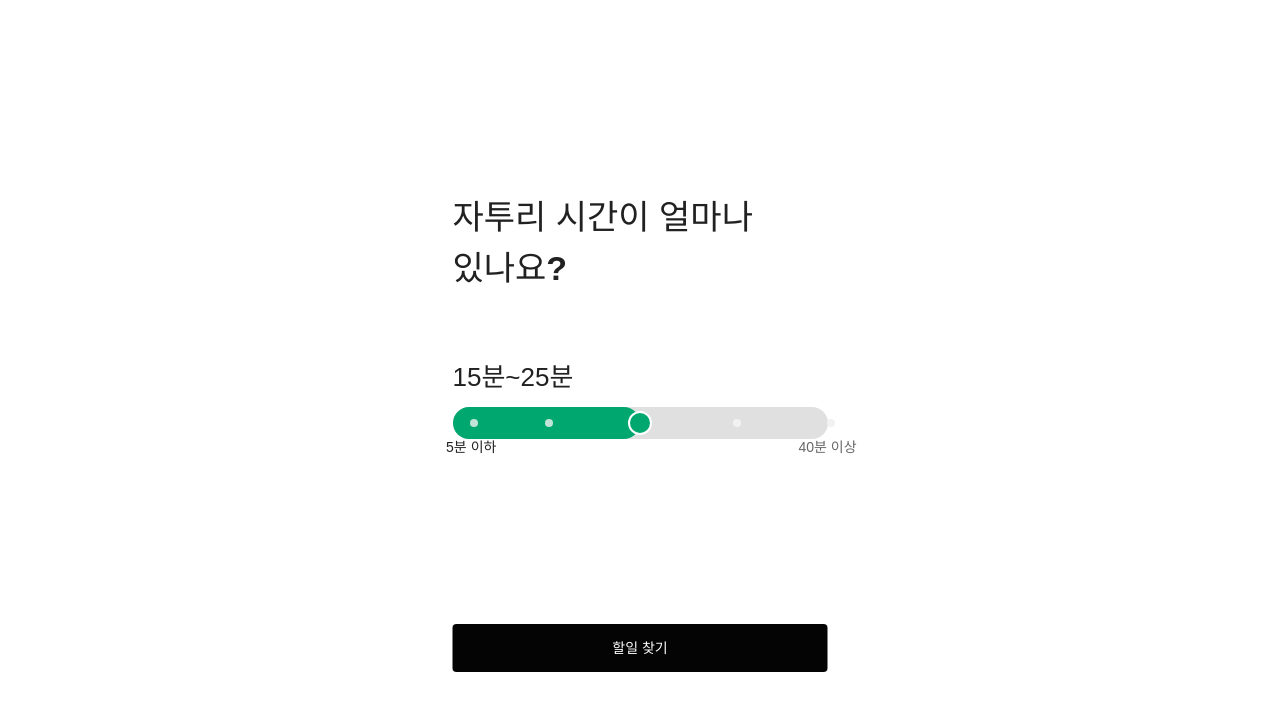
Repository: Tickley-Team/Tickley
Page: /survey
An editor plug-in stored every save of this project. The page is shown before and after the next save, followed by the edit.
The browser window is 1280 px wide. The pictures show the whole page.
The project was rebuilt for these pictures with package versions that can differ from the ones it lists, and the page was loaded fresh each time. Also part of the build but not shown: vite.config.ts, src/components/BottomNavbar.css, src/components/BottomNavbar.tsx, src/hooks/useLocalStorage.ts, src/stores/timeLeftStore.ts, src/utils.ts, src/components/BasicDialog.tsx, src/pages/Todos.tsx and 12 more.

Above is the page before, as saved 2024-12-09 17:34:53.

After the next save:
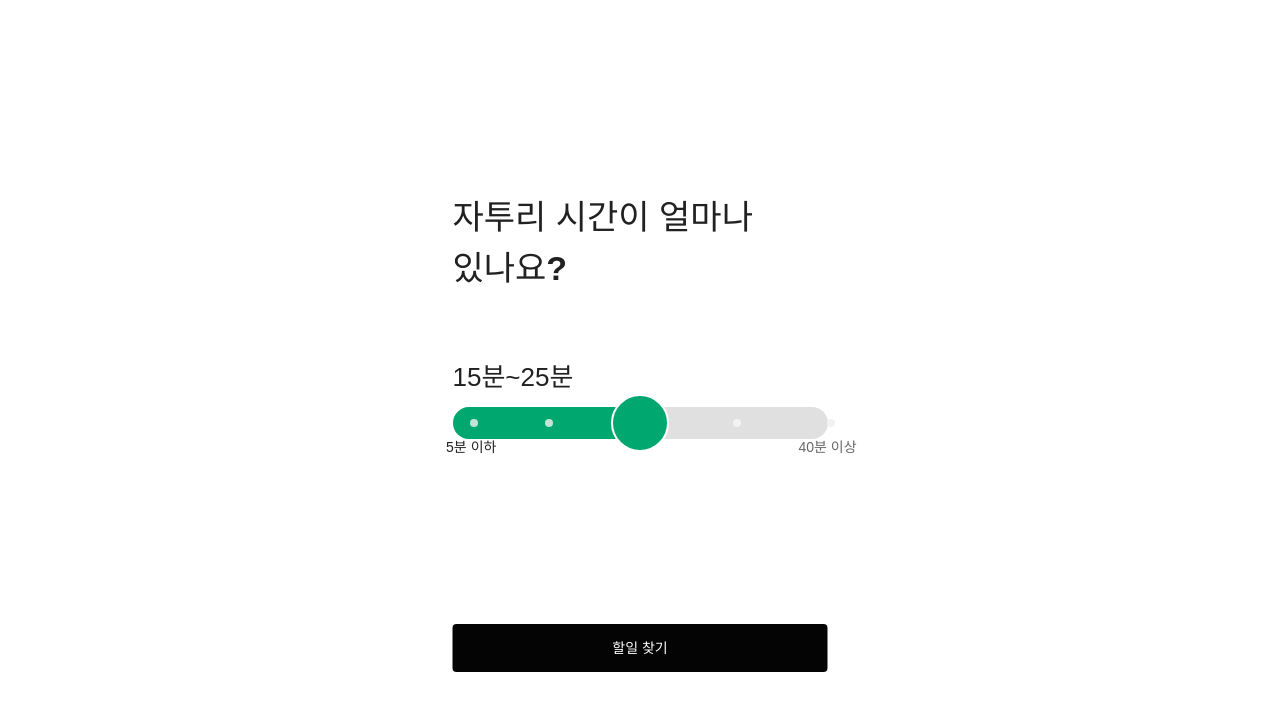
Saved 37 s later.
--- a/src/components/RangeSlider.tsx
+++ b/src/components/RangeSlider.tsx
@@ -55,8 +55,8 @@ const CustomSlider = styled(Slider)({
     backgroundColor: '#00A76F', // pri500
   },
   '& .MuiSlider-thumb': {
-    height: 24,
-    width: 24,
+    height: 58,
+    width: 58,
     backgroundColor: '#00A76F', // pri500
     border: '2px solid #fff',
     '&:focus, &:hover, &.Mui-active, &.Mui-focusVisible': {
